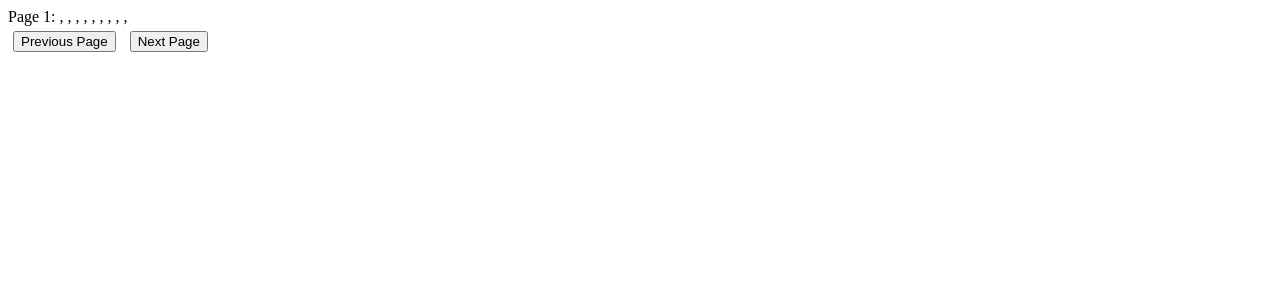
Repository: NopeImNotHere/dotfiles
Page: workspace/playspace/test.html/test.html
An editor plug-in stored every save of this project. The page is shown before and after the next save, followed by the edit.
The browser window is 1280 px wide. The pictures show the whole page.

Above is the page before, as saved 2024-03-20 18:51:04.
Console error: TypeError: Cannot read properties of null (reading 'addEventListener')

### workspace/playspace/test.html/test.html
<!DOCTYPE html>
<html lang="en">

<head>
  <meta charset="UTF-8">
  <meta name="viewport" content="width=device-width, initial-scale=1.0">
  <title>Paginator Test</title>
  <style>
    button {
      margin: 5px;
    }
  </style>
</head>

<body>
  <div id="paginator"></div>
  <script>
    class Paginator {
      constructor(data, itemsPerPage, key) {
        this.data = data;
        this.itemsPerPage = itemsPerPage;
        this.currentPage = 1;
        this.key = key;
      }

      getTotalPages() {
        return Math.ceil(this.data.length / this.itemsPerPage);
      }

      goToPage(pageNumber) {
        if (pageNumber < 1 || pageNumber > this.getTotalPages()) {
          console.error("Invalid page number");
          return;
        }
        this.currentPage = pageNumber;
        this.displayCurrentPage();
      }

      nextPage() {
        if (this.currentPage < this.getTotalPages()) {
          this.currentPage++;
          this.displayCurrentPage();
        }
      }

      prevPage() {
        if (this.currentPage > 1) {
          this.currentPage--;
          this.displayCurrentPage();
        }
      }

      displayCurrentPage() {
        const start = (this.currentPage - 1) * this.itemsPerPage;
        let end = start + this.itemsPerPage;
        if (end > this.data.length) {
          end = this.data.length; // Adjust end index for the last page
        }
        const currentPageData = this.data.slice(start, end).map(item => item[this.key]);
        document.getElementById('paginator').innerText = `Page ${this.currentPage}: ${currentPageData.join(', ')}`;
      }
    }

    // Example usage:
    const data = Array.from({ length: 56 }, (_, i) => i + 1); // Example data from 1 to 100
    const itemsPerPage = 10;
    const paginator = new Paginator(data, itemsPerPage);
    paginator.displayCurrentPage();

    // Button event listeners
    document.getElementById('prevBtn').addEventListener('click', () => paginator.prevPage());
    document.getElementById('nextBtn').addEventListener('click', () => paginator.nextPage());

    function backwards() {
      paginator.prevPage();
      paginator.displayCurrentPage();
    }

    function forwards() {
      paginator.nextPage();
      paginator.displayCurrentPage();
    }
  </script>
  <button id="prevBtn" onclick="backwards()">Previous Page</button>
  <button id="nextBtn" onclick="forwards()">Next Page</button>
</body>

</html>

After the next save:
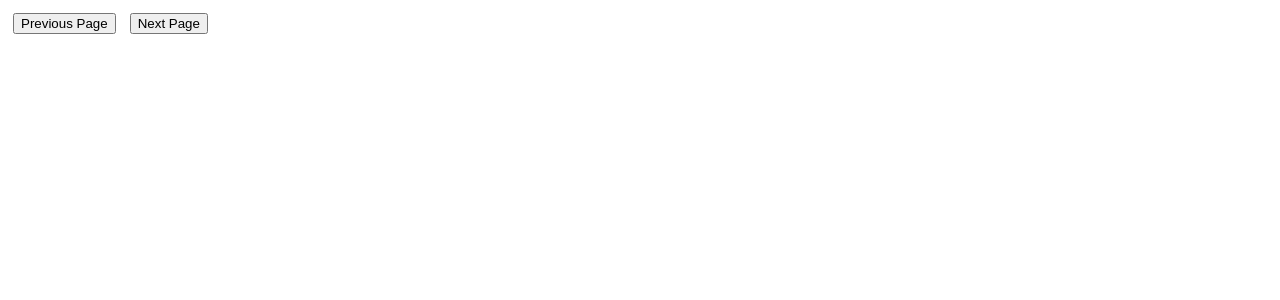
Console error: TypeError: this.data.slice is not a function
Saved 18 s later.
--- a/workspace/playspace/test.html/test.html
+++ b/workspace/playspace/test.html/test.html
@@ -62,7 +62,109 @@
     }
 
     // Example usage:
-    const data = Array.from({ length: 56 }, (_, i) => i + 1); // Example data from 1 to 100
+    const data = {
+      "Unterricht": [
+        {
+          "PK_Unterricht": 19,
+          "FK_Turnus": 3,
+          "FK_Schuelergruppenart": 3,
+          "Wochenstunden": 23,
+          "Zusatzinformation": "Te",
+          "FK_Schuljahr": 3,
+          "LetztesUpdate": "2024-01-30 11:12:26"
+        },
+        {
+          "PK_Unterricht": 21,
+          "FK_Turnus": 3,
+          "FK_Schuelergruppenart": 3,
+          "Wochenstunden": 23,
+          "Zusatzinformation": "Te",
+          "FK_Schuljahr": 3,
+          "LetztesUpdate": "2024-01-30 11:20:21"
+        },
+        {
+          "PK_Unterricht": 22,
+          "FK_Turnus": 3,
+          "FK_Schuelergruppenart": 3,
+          "Wochenstunden": 23,
+          "Zusatzinformation": "Te",
+          "FK_Schuljahr": 3,
+          "LetztesUpdate": "2024-01-30 11:20:41"
+        },
+        {
+          "PK_Unterricht": 45,
+          "FK_Turnus": 1,
+          "FK_Schuelergruppenart": 1,
+          "Wochenstunden": 22,
+          "Zusatzinformation": "123",
+          "FK_Schuljahr": 1,
+          "LetztesUpdate": "2024-02-06 12:31:26"
+        },
+        {
+          "PK_Unterricht": 46,
+          "FK_Turnus": 1,
+          "FK_Schuelergruppenart": 1,
+          "Wochenstunden": 22,
+          "Zusatzinformation": "123",
+          "FK_Schuljahr": 1,
+          "LetztesUpdate": "2024-02-06 12:31:37"
+        },
+        {
+          "PK_Unterricht": 47,
+          "FK_Turnus": 1,
+          "FK_Schuelergruppenart": 1,
+          "Wochenstunden": 22,
+          "Zusatzinformation": "123",
+          "FK_Schuljahr": 1,
+          "LetztesUpdate": "2024-02-06 12:31:37"
+        },
+        {
+          "PK_Unterricht": 156,
+          "FK_Turnus": 1,
+          "FK_Schuelergruppenart": 1,
+          "Wochenstunden": 4,
+          "Zusatzinformation": "gcfg",
+          "FK_Schuljahr": 1,
+          "LetztesUpdate": "2024-03-07 12:12:22"
+        },
+        {
+          "PK_Unterricht": 157,
+          "FK_Turnus": 1,
+          "FK_Schuelergruppenart": 1,
+          "Wochenstunden": 0,
+          "Zusatzinformation": "gcfg",
+          "FK_Schuljahr": 1,
+          "LetztesUpdate": "2024-03-07 12:14:08"
+        },
+        {
+          "PK_Unterricht": 158,
+          "FK_Turnus": 1,
+          "FK_Schuelergruppenart": 1,
+          "Wochenstunden": 0,
+          "Zusatzinformation": "gcfg",
+          "FK_Schuljahr": 1,
+          "LetztesUpdate": "2024-03-07 12:14:24"
+        },
+        {
+          "PK_Unterricht": 159,
+          "FK_Turnus": 1,
+          "FK_Schuelergruppenart": 1,
+          "Wochenstunden": 0,
+          "Zusatzinformation": "",
+          "FK_Schuljahr": 1,
+          "LetztesUpdate": "2024-03-07 12:14:31"
+        },
+        {
+          "PK_Unterricht": 167,
+          "FK_Turnus": 1,
+          "FK_Schuelergruppenart": 1,
+          "Wochenstunden": 333,
+          "Zusatzinformation": "Test",
+          "FK_Schuljahr": 1,
+          "LetztesUpdate": "2024-03-20 14:38:20"
+        }
+      ]
+    };
     const itemsPerPage = 10;
     const paginator = new Paginator(data, itemsPerPage);
     paginator.displayCurrentPage();

After the 2 saves that followed:
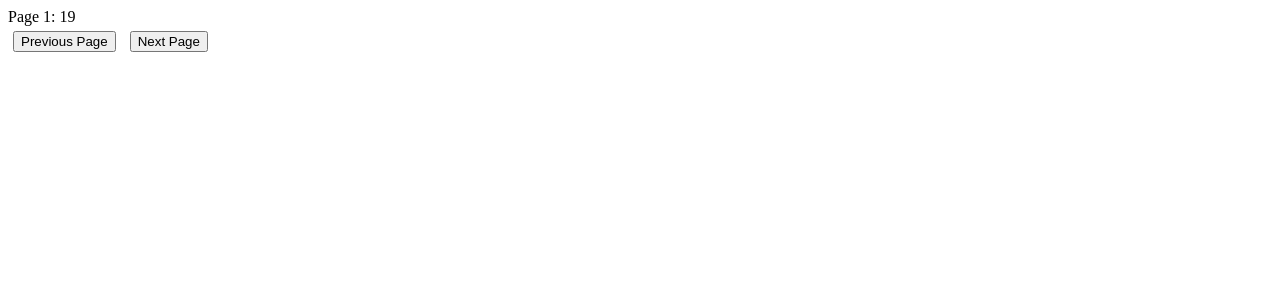
The error is gone.
The 2 saves are shown as one change because 1 left the picture as it was.
The last was saved 3 min 12 s later.
--- a/workspace/playspace/test.html/test.html
+++ b/workspace/playspace/test.html/test.html
@@ -1,4 +1,3 @@
-<!DOCTYPE html>
 <html lang="en">
 
 <head>
@@ -59,10 +58,20 @@
         const currentPageData = this.data.slice(start, end).map(item => item[this.key]);
         document.getElementById('paginator').innerText = `Page ${this.currentPage}: ${currentPageData.join(', ')}`;
       }
+
+      getCurrentPageDataObjects() {
+        const start = (this.currentPage - 1) * this.itemsPerPage;
+        let end = start + this.itemsPerPage;
+        if (end > this.data.length) {
+          end = this.data.length; // Adjust end index for the last page
+        }
+        return this.data.slice(start, end);
+      }
     }
 
     // Example usage:
     const data = {
+      "status": 1,
       "Unterricht": [
         {
           "PK_Unterricht": 19,
@@ -73,105 +82,15 @@
           "FK_Schuljahr": 3,
           "LetztesUpdate": "2024-01-30 11:12:26"
         },
-        {
-          "PK_Unterricht": 21,
-          "FK_Turnus": 3,
-          "FK_Schuelergruppenart": 3,
-          "Wochenstunden": 23,
-          "Zusatzinformation": "Te",
-          "FK_Schuljahr": 3,
-          "LetztesUpdate": "2024-01-30 11:20:21"
-        },
-        {
-          "PK_Unterricht": 22,
-          "FK_Turnus": 3,
-          "FK_Schuelergruppenart": 3,
-          "Wochenstunden": 23,
-          "Zusatzinformation": "Te",
-          "FK_Schuljahr": 3,
-          "LetztesUpdate": "2024-01-30 11:20:41"
-        },
-        {
-          "PK_Unterricht": 45,
-          "FK_Turnus": 1,
-          "FK_Schuelergruppenart": 1,
-          "Wochenstunden": 22,
-          "Zusatzinformation": "123",
-          "FK_Schuljahr": 1,
-          "LetztesUpdate": "2024-02-06 12:31:26"
-        },
-        {
-          "PK_Unterricht": 46,
-          "FK_Turnus": 1,
-          "FK_Schuelergruppenart": 1,
-          "Wochenstunden": 22,
-          "Zusatzinformation": "123",
-          "FK_Schuljahr": 1,
-          "LetztesUpdate": "2024-02-06 12:31:37"
-        },
-        {
-          "PK_Unterricht": 47,
-          "FK_Turnus": 1,
-          "FK_Schuelergruppenart": 1,
-          "Wochenstunden": 22,
-          "Zusatzinformation": "123",
-          "FK_Schuljahr": 1,
-          "LetztesUpdate": "2024-02-06 12:31:37"
-        },
-        {
-          "PK_Unterricht": 156,
-          "FK_Turnus": 1,
-          "FK_Schuelergruppenart": 1,
-          "Wochenstunden": 4,
-          "Zusatzinformation": "gcfg",
-          "FK_Schuljahr": 1,
-          "LetztesUpdate": "2024-03-07 12:12:22"
-        },
-        {
-          "PK_Unterricht": 157,
-          "FK_Turnus": 1,
-          "FK_Schuelergruppenart": 1,
-          "Wochenstunden": 0,
-          "Zusatzinformation": "gcfg",
-          "FK_Schuljahr": 1,
-          "LetztesUpdate": "2024-03-07 12:14:08"
-        },
-        {
-          "PK_Unterricht": 158,
-          "FK_Turnus": 1,
-          "FK_Schuelergruppenart": 1,
-          "Wochenstunden": 0,
-          "Zusatzinformation": "gcfg",
-          "FK_Schuljahr": 1,
-          "LetztesUpdate": "2024-03-07 12:14:24"
-        },
-        {
-          "PK_Unterricht": 159,
-          "FK_Turnus": 1,
-          "FK_Schuelergruppenart": 1,
-          "Wochenstunden": 0,
-          "Zusatzinformation": "",
-          "FK_Schuljahr": 1,
-          "LetztesUpdate": "2024-03-07 12:14:31"
-        },
-        {
-          "PK_Unterricht": 167,
-          "FK_Turnus": 1,
-          "FK_Schuelergruppenart": 1,
-          "Wochenstunden": 333,
-          "Zusatzinformation": "Test",
-          "FK_Schuljahr": 1,
-          "LetztesUpdate": "2024-03-20 14:38:20"
-        }
+        // Other data items...
       ]
     };
-    const itemsPerPage = 10;
-    const paginator = new Paginator(data, itemsPerPage);
+
+    const itemsPerPage = 5; // Adjust the number of items per page as needed
+    const key = "PK_Unterricht"; // Specify the key to paginate on
+
+    const paginator = new Paginator(data.Unterricht, itemsPerPage, key);
     paginator.displayCurrentPage();
-
-    // Button event listeners
-    document.getElementById('prevBtn').addEventListener('click', () => paginator.prevPage());
-    document.getElementById('nextBtn').addEventListener('click', () => paginator.nextPage());
 
     function backwards() {
       paginator.prevPage();
